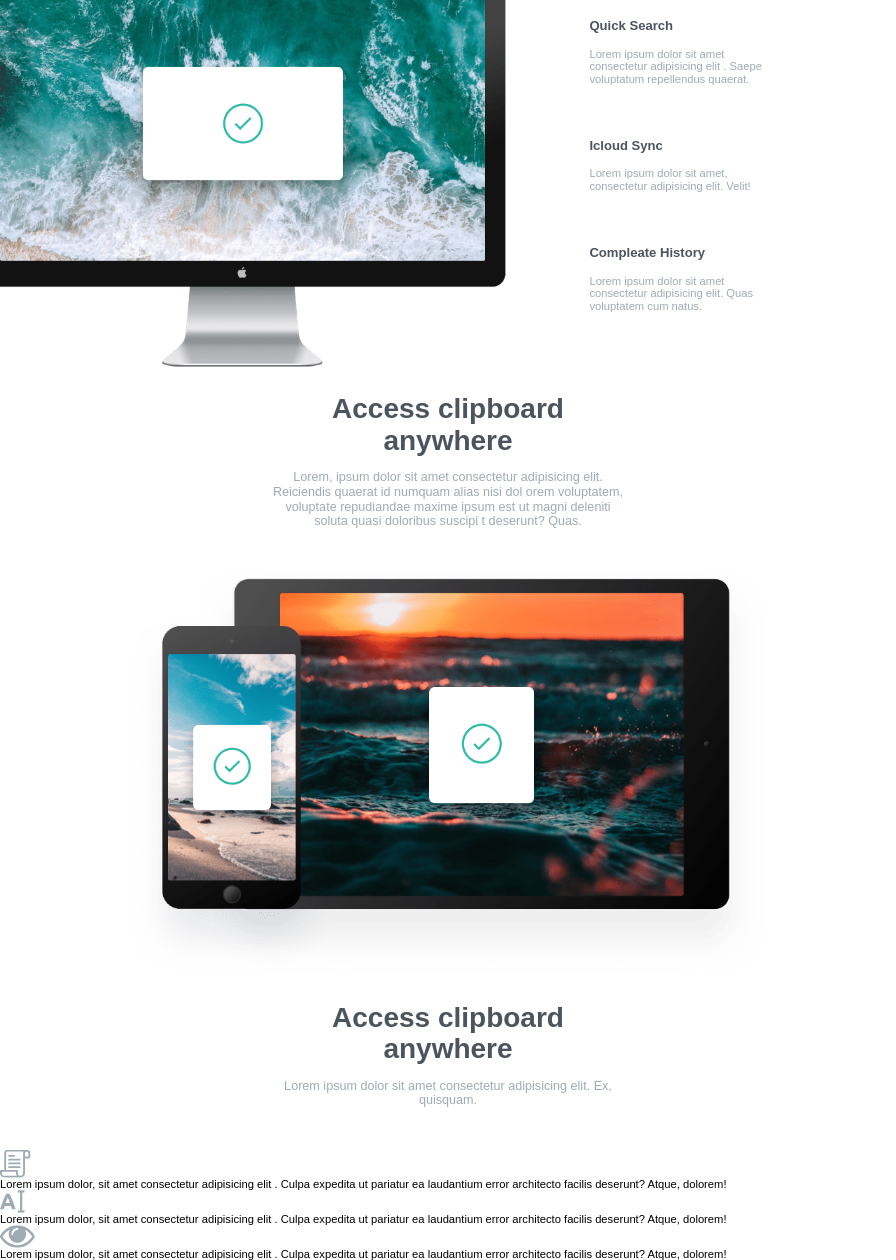
Repository: AbuMulla-Mohammad/clipboard
Page: index.html
The author's editor kept a copy of each file at every save. The page is drawn from the files as they stood at one save, then again after the next save.
The browser window is 1280 px wide. The pictures show the part of the page from y = 919 to 2839 px (the page is 2719 px tall before and 2839 px after), at 70% of full size.
Some web fonts or font styles are not loaded; a fallback is used.

Above is the page before, as saved 2023-11-01 10:57:44.

### index.html
<!DOCTYPE html>
<html lang="en">
<head>
    <meta charset="UTF-8">
    <meta name="viewport" content="width=device-width, initial-scale=1.0">
    <!-- linke the font family -->
    <link rel="preconnect" href="https://fonts.googleapis.com">
    <link rel="preconnect" href="https://fonts.gstatic.com" crossorigin>
    <link href="https://fonts.googleapis.com/css2?family=Bai+Jamjuree:wght@400;600&display=swap" rel="stylesheet">
    <!-- main project style -->
    <link rel="stylesheet" href="css/style.css">
    <title>Document</title>
</head>
<body>

    <!-- start master section -->
<div class="master-section">
    <div class="container">
        <div class="logo">
            <img src="images/logo.svg" alt="logo ">
        </div>
        <div class="content">
            <h1>A history of everything you copy</h1>
            <p>Clipboard allows you to track and orgnize everything you copy.instally access your clipboard on all your devices.</p>
        </div>
        <form action="">
            <input class="ios" type="button" value="Download for iOS">
            <input class="mac" type="button" value="Download for Mac">
        </form>
    </div>
</div>
<!-- end master section -->
<!-- start track -->
<div class="track">
    <div class="contianer">
        <div class="main-heading">
            <h2>Keep track of your snippest</h2>
            <p>Lorem, ipsum dolor sit amet consectetur adipisicing
                elit. Reiciendis quaerat id numquam alias nisi dol
                orem voluptatem, voluptate repudiandae maxime ipsum
                est ut magni deleniti soluta quasi doloribus suscipi
                t deserunt? Quas.
            </p>

        </div>
    </div>
    <img src="images/image-computer.png" alt="computer">
    <!-- <div class="clr"></div> -->
    <div class="items">
        <div class="item">
            <h3>quick search</h3>
            <p>Lorem ipsum dolor sit amet consectetur adipisicing elit
                . Saepe voluptatum repellendus quaerat.</p>
        </div>
        <div class="item">
            <h3>icloud sync</h3>
            <p>Lorem ipsum dolor sit amet, consectetur adipisicing elit. Velit!</p>
        </div>
        <div class="item">
            <h3>compleate history</h3>
            <p>Lorem ipsum dolor sit amet consectetur adipisicing elit. Quas voluptatem cum natus.</p>
        </div>
    </div>
</div>
<!-- end track -->
<!--start access  -->
<div class="access">
    <div class="main-heading">
        <h2>Access clipboard anywhere</h2>
        <p>Lorem, ipsum dolor sit amet consectetur adipisicing
            elit. Reiciendis quaerat id numquam alias nisi dol
            orem voluptatem, voluptate repudiandae maxime ipsum
            est ut magni deleniti soluta quasi doloribus suscipi
            t deserunt? Quas.
        </p>

    </div>
    <div class="image">
        <img src="images/image-devices.png" alt="devices">
    </div>
</div>
<!-- end access -->

<!-- start workflow -->
<div class="workflow">
    <div class="main-heading">
        <h2>Access clipboard anywhere</h2>
        <p>Lorem ipsum dolor sit amet consectetur adipisicing elit. Ex, quisquam.
        </p>

    </div>
    <div class="workflow-items">
        <div class="item">
            <img src="images/icon-blacklist.svg" alt="blacklist">
            <h3></h3>
            <p>Lorem ipsum dolor, sit amet consectetur adipisicing elit
                . Culpa expedita ut pariatur ea laudantium
                error architecto facilis deserunt? Atque, dolorem!</p>
        </div>
        <div class="item">
            <img src="images/icon-text.svg" alt="text">
            <h3></h3>
            <p>Lorem ipsum dolor, sit amet consectetur adipisicing elit
                . Culpa expedita ut pariatur ea laudantium
                error architecto facilis deserunt? Atque, dolorem!</p>
        </div>
        <div class="item">
            <img src="images/icon-preview.svg" alt="preview">
            <h3></h3>
            <p>Lorem ipsum dolor, sit amet consectetur adipisicing elit
                . Culpa expedita ut pariatur ea laudantium
                error architecto facilis deserunt? Atque, dolorem!</p>
        </div>
    </div>
</div>
<!-- end workflow -->


</body>
</html>

### css/style.css
/* start global rules */
*{
    padding: 0;
    margin: 0;
    box-sizing: border-box;
}
img{
    display: block;
}
.clr{
    clear: both;
}
:root{
    --Strong-Cyan: hsl(171, 66%, 44%);
    --Light-Blue: hsl(233, 100%, 69%);
    --Dark-Grayish-Blue: hsl(210, 10%, 33%);
    --Grayish-Blue: hsl(201, 11%, 66%);
}
body{
    font-family: "Bai Jamjuree",sans-serif;
}

.container{
    width: 60%;
    margin: 0 auto 0;

}
.main-heading{
    padding: 40px 0;
    text-align: center;
    margin: auto;
    width: 40%;
}
.main-heading h2{
    margin-bottom: 20px;
    font-size: 40px;
    color: var(--Dark-Grayish-Blue);
    font-weight: 600;
}
.main-heading p{
    font-size: 18px;
    color: var(--Grayish-Blue);
    margin-bottom: 20px;
}
/* end */
/* start master section */
.master-section{
    background-image: url(../images/bg-header-desktop.png);
    height: 80vh;
    background-size: cover;
    text-align: center;
    padding-top: 1px;
}
.master-section .logo{
    margin: 40px auto;
}
.master-section .logo img{
    margin: 0 auto 0;
}
.master-section .content h1{
    margin-bottom: 20px;
    font-weight: 600;
    color: var(--Dark-Grayish-Blue);
    font-size: 40px;
}
.master-section .content p{
    margin: 20px 0px;
    font-size: 18px;
    color: var(--Grayish-Blue);
}
.master-section form input{
    width: 180px;
    height: 50px;
    color: white;
    outline: none;
    border: none;
    border-radius: 30px;
    margin: 40px 20px;
    font-weight: 600;
    font-size: 14px;
    font-family: "Bai Jamjuree",sans-serif;
}
.master-section form .ios{
    background-color: var(--Strong-Cyan);
}
.master-section form .mac{
    background-color: var(--Light-Blue);
}
/* end master section */
/* start track section */
.track{

}
.track img{
    float: left;
    margin:0 120px 10px -30px;

}
.track .items{
    width: 20%;
    overflow: hidden;
}
.track .items .item{
    margin: 75px 0;
    /* background-color: red; */
}
.track .items .item h3{
    text-transform: capitalize;
    color: var(--Dark-Grayish-Blue);
    margin-bottom: 20px;
}
.track .items .item p{
    color: var(--Grayish-Blue);
}
/* end track secton */

/* start access  */
    .image{
        width: fit-content;
        margin: auto;
    }
/* end access */

After the next save:
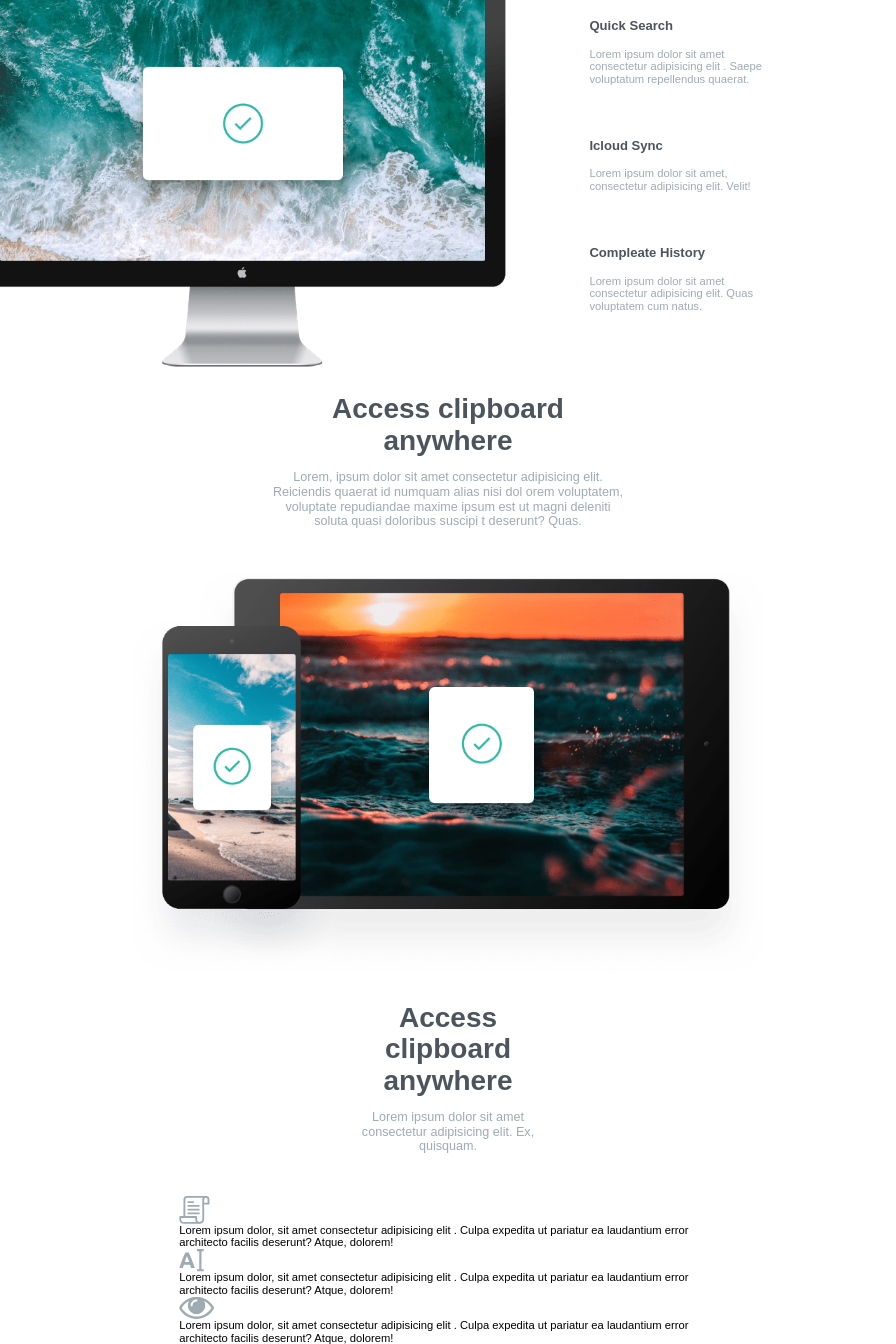
Saved 82 s later.
--- a/index.html
+++ b/index.html
@@ -83,33 +83,35 @@
 
 <!-- start workflow -->
 <div class="workflow">
-    <div class="main-heading">
-        <h2>Access clipboard anywhere</h2>
-        <p>Lorem ipsum dolor sit amet consectetur adipisicing elit. Ex, quisquam.
-        </p>
+    <div class="container">
+        <div class="main-heading">
+            <h2>Access clipboard anywhere</h2>
+            <p>Lorem ipsum dolor sit amet consectetur adipisicing elit. Ex, quisquam.
+            </p>
 
-    </div>
-    <div class="workflow-items">
-        <div class="item">
-            <img src="images/icon-blacklist.svg" alt="blacklist">
-            <h3></h3>
-            <p>Lorem ipsum dolor, sit amet consectetur adipisicing elit
-                . Culpa expedita ut pariatur ea laudantium
-                error architecto facilis deserunt? Atque, dolorem!</p>
         </div>
-        <div class="item">
-            <img src="images/icon-text.svg" alt="text">
-            <h3></h3>
-            <p>Lorem ipsum dolor, sit amet consectetur adipisicing elit
-                . Culpa expedita ut pariatur ea laudantium
-                error architecto facilis deserunt? Atque, dolorem!</p>
-        </div>
-        <div class="item">
-            <img src="images/icon-preview.svg" alt="preview">
-            <h3></h3>
-            <p>Lorem ipsum dolor, sit amet consectetur adipisicing elit
-                . Culpa expedita ut pariatur ea laudantium
-                error architecto facilis deserunt? Atque, dolorem!</p>
+        <div class="workflow-items">
+            <div class="item">
+                <img src="images/icon-blacklist.svg" alt="blacklist">
+                <h3></h3>
+                <p>Lorem ipsum dolor, sit amet consectetur adipisicing elit
+                    . Culpa expedita ut pariatur ea laudantium
+                    error architecto facilis deserunt? Atque, dolorem!</p>
+            </div>
+            <div class="item">
+                <img src="images/icon-text.svg" alt="text">
+                <h3></h3>
+                <p>Lorem ipsum dolor, sit amet consectetur adipisicing elit
+                    . Culpa expedita ut pariatur ea laudantium
+                    error architecto facilis deserunt? Atque, dolorem!</p>
+            </div>
+            <div class="item">
+                <img src="images/icon-preview.svg" alt="preview">
+                <h3></h3>
+                <p>Lorem ipsum dolor, sit amet consectetur adipisicing elit
+                    . Culpa expedita ut pariatur ea laudantium
+                    error architecto facilis deserunt? Atque, dolorem!</p>
+            </div>
         </div>
     </div>
 </div>
